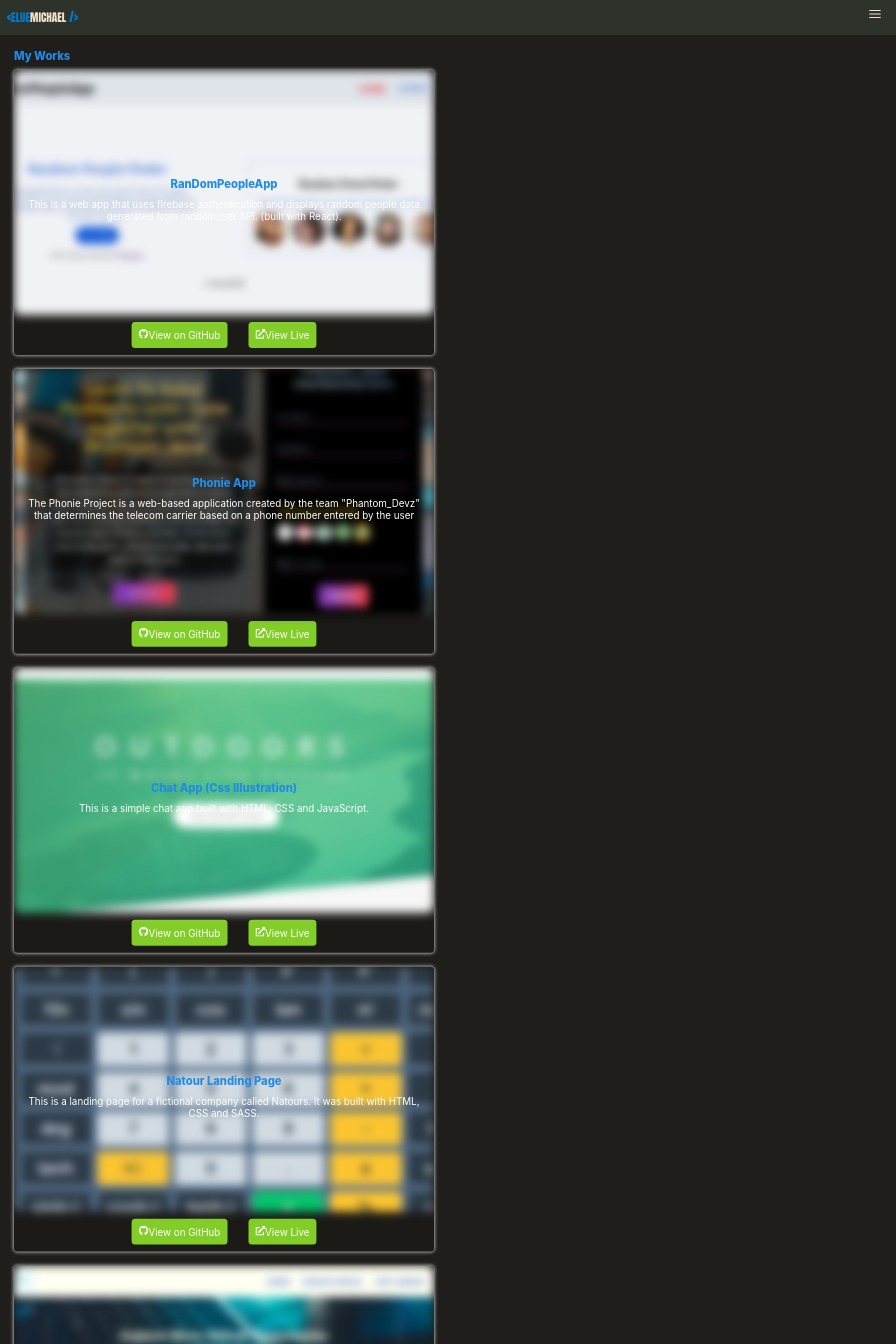
Repository: MikkyPrestige/portfolio
Page: /projects
These files come from the project's save history. The page is drawn as it stood at one moment and after the next save; the edit follows.
The browser window is 1280 px wide. The pictures show the part of the page from y = 0 to 1920 px (the page is 5651 px tall), at 70% of full size.
The project was rebuilt for these pictures with package versions that can differ from the ones it lists, and the page was loaded fresh each time. Also part of the build but not shown: src/components/avatar.jsx, src/components/home.jsx, src/components/about.jsx, src/components/fallback.jsx.

Above is the page before, as saved 2023-02-21 17:54:18.

### public/index.html
<!DOCTYPE html>
<html lang="en">
  <head>
    <meta charset="utf-8" />
    <link rel="icon" href="%PUBLIC_URL%/favicon.ico" />
    <meta name="viewport" content="width=device-width, initial-scale=1" />
    <meta name="theme-color" content="#000000" />
    <meta
      name="description"
      content="Web site created using create-react-app"
    />
    <link rel="apple-touch-icon" href="%PUBLIC_URL%/logo192.png" />
    <!--
      manifest.json provides metadata used when your web app is installed on a
      user's mobile device or desktop. See https://developers.google.com/web/fundamentals/web-app-manifest/
    -->
    <link rel="manifest" href="%PUBLIC_URL%/manifest.json" />
    <!--
      Notice the use of %PUBLIC_URL% in the tags above.
      It will be replaced with the URL of the `public` folder during the build.
      Only files inside the `public` folder can be referenced from the HTML.

      Unlike "/favicon.ico" or "favicon.ico", "%PUBLIC_URL%/favicon.ico" will
      work correctly both with client-side routing and a non-root public URL.
      Learn how to configure a non-root public URL by running `npm run build`.
    -->
    <title>Elue Michael Portfolio</title>
  </head>
  <body>
    <noscript>You need to enable JavaScript to run this app.</noscript>
    <div id="root"></div>
    <!--
      This HTML file is a template.
      If you open it directly in the browser, you will see an empty page.

      You can add webfonts, meta tags, or analytics to this file.
      The build step will place the bundled scripts into the <body> tag.

      To begin the development, run `npm start` or `yarn start`.
      To create a production bundle, use `npm run build` or `yarn build`.
    -->
  </body>
</html>

### src/assets/styles/sass/main.scss
@import 'abstracts/variables';
@import 'base/base';
@import 'layouts/header';
@import 'pages/home';
@import 'pages/about';
@import 'pages/projects';

// @media (prefers-reduced-motion: no-preference) {
//   .App-logo {
//     animation: App-logo-spin infinite 20s linear;
//   }
// }

// @keyframes App-logo-spin {
//   from {
//     transform: rotate(0deg);
//   }
//   to {
//     transform: rotate(360deg);
//   }
// }

### src/components/layout.jsx
import React from "react";
import { MdClose } from "react-icons/md";
import { FiMenu } from "react-icons/fi";
import { useState } from "react";
import { NavLink } from "react-router-dom";

const Layout = () => {
  return (
    <div>
      <LayoutSmall />
      <LayoutLarge />
    </div>
  );
};

const CustomNavLink = ({ to, ...props }) => {
  let activeStyle = {
    color: "var(--color--green)",
    textDecoration: "underline",
  };

  return (
    <NavLink
      to={to}
      style={({ isActive }) =>
        isActive ? activeStyle : { textDecoration: "none" }
      }
      {...props}
    />
  );
};

const LayoutSmall = () => {
  const [showMenu, setShowMenu] = useState(false);

  const toggleMenu = () => {
    setShowMenu(!showMenu);
  };

  const closeMenu = () => {
    setShowMenu(false);
  };

  return (
    <div className="layout layout--small">
      <header className="layout--header">
        <div className="layout--header__title">
          <h1 className="layout--header__title__content">
            <span className="layout--header__title__content__span">{"<"}</span>
            <span className="layout--header__title__content__span--2">
              ELUE
            </span>
            MICHAEL{" "}
            <span className="layout--header__title__content__span">{"/>"}</span>
          </h1>
        </div>
        <nav className="layout--menu">
          <button className="layout--menu__button" onClick={toggleMenu}>
            {showMenu ? <MdClose /> : <FiMenu />}
          </button>
          <div className={`layout--menu__content ${showMenu ? "show" : ""}`}>
            <ul className="layout--menu__content__list">
              <li>
                <CustomNavLink
                  to="/"
                  onClick={closeMenu}
                  className="layout--menu__content__list__item"
                >
                  <span>#</span>Home
                </CustomNavLink>
              </li>
              <li>
                <CustomNavLink
                  to="/about"
                  onClick={closeMenu}
                  className="layout--menu__content__list__item"
                >
                  <span>#</span>About me
                </CustomNavLink>
              </li>
              <li>
                <CustomNavLink
                  to="/projects"
                  onClick={closeMenu}
                  className="layout--menu__content__list__item"
                >
                  <span>#</span>Projects
                </CustomNavLink>
              </li>
              <li>
                <CustomNavLink
                  to="/contact"
                  onClick={closeMenu}
                  className="layout--menu__content__list__item"
                >
                  <span>#</span>Contact
                </CustomNavLink>
              </li>
            </ul>
          </div>
        </nav>
      </header>
    </div>
  );
};

const LayoutLarge = () => {
  return (
    <div className="layout layout--large">
      <header className="layout--header">
        <div className="layout--title">
          <h1 className="layout--title__content">
            <span className="layout--title__content__span">{"<"}</span>
            <span className="layout--header__title__content__span--2">
              ELUE
            </span>
            MICHAEL<span className="layout--title__content__span">{"/>"}</span>
          </h1>
        </div>
        <div className="layout--menu">
          <ul className="layout--menu__list">
            <li className="layout--menu__list__item">
              <CustomNavLink to="/">Home</CustomNavLink>
            </li>
            <li className="layout--menu__list__item">
              <CustomNavLink to="/about">About me</CustomNavLink>
            </li>
            <li className="layout--menu__list__item">
              <CustomNavLink to="/projects">Projects</CustomNavLink>
            </li>
            <li className="layout--menu__list__item">
              <CustomNavLink to="/contact">Contact</CustomNavLink>
            </li>
          </ul>
        </div>
      </header>
    </div>
  );
};

export { Layout, LayoutSmall, LayoutLarge };

### src/assets/styles/sass/abstracts/_variables.scss
:root {
  --color-primary: #cc4600;
  --color-secondary: #bb45cb;
  --color-tertiary: #eefff8;

  // MARK UP
  --color--markup: #FF8303;
  // TEXT
  --color--text: #F0E3CA;

  // BACKGROUND
  --color--bg: #2D322A;
  --color--bg-light: #242320;
  --color--bg-dark: #1B1A17;
  --color--bg-dark-2: #1F1E1B;
  //DARK
  --color--dark: rgba(22, 22, 22, 1);
  --color--dark-1: rgba(34, 34, 34, 1);
  --color--dark-2: rgba(45, 45, 45, 1);
  --color--dark-3: rgba(51, 51, 51, 1);
  --color--dark-4: rgba(189, 189, 189, 1);
  //WHITE
  --color--white: rgba(255, 255, 255, 1);
  --color--white-1: rgba(240, 227, 202, 1);
  --color--white-op: rgba(240, 227, 202, 0.76);

  // GRAY
  --color--gray: #ABB2BF;

  --light-blue: rgba(97, 218, 251, 1);
  --light-blue--1: #3bc9db;
  --dark-blue: rgba(0, 122, 204, 1);
  --blue-cyan: #228be6;
  --dark-blue-op: rgba(6, 6, 7, 0.82);

  --color--green: rgba(131, 205, 41, 1);

  //Font size
  --font-size: 1rem;
  --font-size--small: 1.2rem;
  --font-size--medium: 1.4rem;
  --font-size--large: 1.6rem;
  --font-size--x-large: 1.8rem;
  --font-size--xx-large: 2rem;
  // ICON FONTS
  --font-size--icon: 3rem;
  --font-size--icon-1: 3.5rem;
  --font-size--icon-2: 4rem;


  //Font family
  --font-family: 'Roboto', sans-serif;
  --font--family--primary: 'Inter', sans-serif;
  --font-family--secondary: 'Inconsolata', monospace;
  --font-family--tertiary: 'Impact', sans-serif;
  --font-family--2: 'Fira Code', monospace;

  // FONT WEIGHT
  --font-weight--light: 300;
  --font-weight--regular: 400;
  --font-weight--medium: 600;
  --font-weight--bold: 800;
  // --font-weight--boldest: 900;
}

### src/assets/styles/sass/base/_base.scss
*,
*::after,
*::before {
  margin: 0;
  padding: 0;
  box-sizing: border-box;
}

html {
  font-size: 62.5%;
  font-family: var(--font-family);
  color: var(--color-white);
  background-color: var(--color--bg);
}

::selection {
  background-color: var(--color-primary);
  color: var(--color-white);
}

### src/assets/styles/sass/layouts/_header.scss
.layout {
  width: 100%;
  height: 5rem;

  &--header {
    display: flex;
    justify-content: space-between;
    align-items: center;
    padding: 1rem;

    &__title {
      text-align: center;

      &__content {
        color: var(--color--text);
        font-family: var(--font-family--tertiary);
        font-size: var(--font-size--large);
        font-weight: var(--font-weight--regular);
        position: absolute;
        z-index: 1000;

        &__span {
          color: var(--dark-blue);
          font-size: var(--font-size--x-large);

          &--2 {
            color: var(--dark-blue);
          }
        }
      }
    }
  }

  &--menu {
    position: relative;

    &__button {
      position: fixed;
      top: 1rem;
      right: 2rem;
      z-index: 10;
      background-color: var(--color--bg);
      color: var(--color--text);
      border: none;
      font-size: var(--font-size--xx-large);
      font-weight: var(--font-weight--bold);
      cursor: pointer;
    }

    &__content {
      position: fixed;
      top: 0;
      right: 0;
      width: 0;
      max-width: 100%;
      height: 85%;
      background-color: var(--color--bg-dark);
      z-index: 5;
      overflow: hidden;

      &.show {
        width: 100%;
        transition: all 1s ease-in-out;
        -webkit-transition: all 1s ease-in-out;
        -moz-transition: all 1s ease-in-out;
        -ms-transition: all 1s ease-in-out;
        -o-transition: all 1s ease-in-out;
      }

      &__list {
        list-style: none;
        display: flex;
        flex-direction: column;
        justify-content: center;
        align-items: center;
        gap: 5rem;
        padding: 0;
        margin-top: 8rem;

        &__item {
          color: var(--dark-blue);
          font-family: var(--font-family--secondary);
          font-size: var(--font-size--large);
          font-weight: var(--font-weight--bold);
          font-style: normal;
          text-transform: capitalize;
          cursor: pointer;
          transition: all 1s ease-in-out;
          -webkit-transition: all 1s ease-in-out;
          -moz-transition: all 1s ease-in-out;
          -ms-transition: all 1s ease-in-out;
          -o-transition: all 1s ease-in-out;

          &:hover,
          &:active {
            color: var(--color--text);
          }

          span {
            color: var(--color--white-1);
          }
        }
      }
    }
  }


  &--large {
    display: none;
  }
}

### src/assets/styles/sass/pages/home.scss
.home {
  width: 100%;
  height: 100vh;
  background: radial-gradient(100% 100% at 50% 100%, var(--color--bg-dark-2) 21.52%, var(--color--bg-dark) 100%);

  &--contents {
    display: flex;
    flex-direction: column;
    justify-content: center;
    align-items: center;
    padding: 3rem 5rem;
    gap: 3rem;
  }

  &--content {
    display: flex;
    flex-direction: column;
    align-items: flex-start;
    padding: 0;
    gap: .5rem;

    &__title {
      font-family: var(--font-family--secondary);
      font-size: var(--font-size--x-large);
      font-weight: var(--font-weight--boldest);
      color: var(--dark-blue);
    }

    &__subtitle {
      font-family: var(--font-family--secondary);
      font-size: var(--font-size--large);
      font-weight: var(--font-weight--bold);
      color: var(--color--text);
    }

    &__desc {
      font-family: var(--font-family--secondary);
      font-size: var(--font-size--small);
      font-weight: var(--font-weight--regular);
      color: var(--color--white-1);
    }
  }

  &--avatar {
    border-radius: 5%;
    -webkit-border-radius: 5%;
    -moz-border-radius: 5%;
    -ms-border-radius: 5%;
    -o-border-radius: 5%;
    background-image: radial-gradient(circle, var(--blue-cyan) 5%, var(--light-blue--1) 95%);
  }
}

### src/assets/styles/sass/pages/_about.scss
.about {
  width: 100%;
  height: 100%;
  background-color: var(--color--bg-dark-2);
  color: var(--color--gray);

  &--wrapper {
    display: flex;
    flex-direction: column;
    justify-content: center;
    align-items: center;
    gap: 1rem;
  }

  &--desc {
    padding: 5rem;
    display: flex;
    flex-direction: column;
    justify-content: center;
    align-items: center;
    gap: 5rem;
  }

  &--img {
    position: relative;

    &__content1 {
      width: 3rem;
      height: 3rem;
      position: absolute;
      top: 0;
      left: 0;
      background: var(--dark-blue);
      transform: rotate(51.88deg);
    }

    &__content2 {
      width: 3rem;
      height: 3rem;
      position: absolute;
      top: 0;
      left: 0;
      background: var(--color--white-op);
    }
  }

  &--content {
    display: flex;
    flex-direction: column;
    justify-content: center;
    align-items: flex-start;
    gap: 2rem;
    font-family: var(--font-family--2);

    &__title {
      line-height: 2;

      &__head {
        font-size: var(--font-size--x-large);
        font-weight: var(--font-weight--medium);
      }

      &__span {
        color: var(--dark-blue);
      }

      &__subhead {
        font-size: var(--font-size--medium);
        font-weight: var(--font-weight--regular);
      }
    }

    &__text {
      padding-left: 3rem;
      line-height: 1.5;
      color: var(--color--text);

      &__head {
        font-size: var(--font-size--large);
        font-weight: var(--font-weight--regular);

        &__name {
          color: var(--blue-cyan);
          font-weight: var(--font-weight--medium);
        }
      }

      &__desc {
        font-size: var(--font-size--small);
        font-weight: var(--font-weight--regular);
      }
    }
  }

  &--skills {
    display: flex;
    flex-direction: column;
    justify-content: center;
    align-items: center;
    gap: 2rem;

    &__title__head {
      font-size: var(--font__title -size--x-large);
      font-weight: var(--font-weight--medium);
      color: var(--dark-blue);
      text-transform: capitalize;
    }

    &__icon {
      font-size: var(--font-size--medium);
      color: var(--color--white-1);
    }

    &__content {
      display: flex;
      flex-direction: column;
      align-items: flex-start;
      gap: 2rem;
      padding: 0;
      width: 100%;

      &__items {
        display: grid;
        grid-template-columns: repeat(2, 1fr);
        gap: 2rem 5rem;
        width: 100%;
        padding: 1rem 3rem;
        border-radius: 1rem;
        background-color: var(--color--bg-dark);

        &__card {
          display: flex;
          flex-direction: column;
          justify-content: center;
          align-items: center;
          padding: 1rem;
          width: 10rem;
          border-radius: 1rem;
          -webkit-border-radius: 1rem;
          -moz-border-radius: 1rem;
          -ms-border-radius: 1rem;
          -o-border-radius: 1rem;

          &__icon {
            font-size: var(--font-size--icon-2);
          }

          &__text {
            font-family: var(--font-family--secondary);
            font-size: var(--font-size--medium);
            font-weight: var(--font-weight--medium);
            color: var(--color--white-1);
          }
        }
      }
    }
  }
}

### src/assets/styles/sass/pages/_projects.scss
.project {
  padding: 2rem;
  background-color: var(--color--bg-dark-2);

  &--title {
    font-family: var(--font--family--secondary);
    font-size: var(--font-size--large);
    font-weight: var(--font-weight--bold);
    color: var(--blue-cyan);
    margin-bottom: 1rem;
  }

  &--wrapper {
    display: grid;
    grid-template-columns: repeat(1, 1fr);
    gap: 2rem;
    width: 100%;
  }

  &--card {
    background-color: var(--color--bg-dark);
    // margin: auto;
    padding: 1rem;
    border-radius: 0.5rem;
    box-shadow: 0 0 0.5rem 0.1rem var(--color--dark-4);
    transition: all 0.3s ease-in-out;
    position: relative;
    display: flex;
    flex-direction: column;
    justify-content: center;
    align-items: center;
    // height: 100%;
    max-width: 60rem;
    overflow-y: hidden;

    &:hover {
      transform: translateY(-0.5rem);
      box-shadow: 0 0 0.5rem 0.1rem var(--color--dark-4);
    }

    &__blur {
      position: absolute;
      top: 0;
      left: 0;
      width: 100%;
      height: 35rem;
      border-radius: 1rem;
      background-size: cover;
      background-position: center;
      background-repeat: no-repeat;
      filter: blur(0.7rem);
      //z-index: 1;

      &-1 {
        background-image: url(../../../images/randomApp.jpeg);
      }

      &-2 {
        background-image: url(../../../images/phonieApp.jpeg);
      }

      &-3 {
        background-image: url(../../../images/natours.jpeg);
      }

      &-4 {
        background-image: url(../../../images/calculator.jpeg);
      }

      &-5 {
        background-image: url(../../../images/repoApp.jpeg);
      }

      &-6 {
        background-image: url(../../../images/fylo.jpeg);
      }

      &-7 {
        background-image: url(../../../images/orderCard.jpeg);
      }

      &-8 {
        background-image: url(../../../images/phonyApp.jpeg);
      }

      &-9 {
        background-image: url(../../../images/ratingApp.jpeg);
      }

      &-10 {
        background-image: url(../../../images/chatAppCss.jpeg);
      }

      &-11 {
        background-image: url(../../../images/trillo.jpeg);
      }

      &-12 {
        background-image: url(../../../images/statsCard.jpeg);
      }

      &-13 {
        background-image: url(../../../images/phonyApp.jpeg);
      }

      &-14 {
        background-image: url(../../../images/shoebrand.jpeg);
      }
    }

    &__content {
      height: 35rem;
      width: 100%;
      display: flex;
      flex-direction: column;
      justify-content: center;
      align-items: center;
      gap: 1rem;
      position: relative;
      top: 0;
      left: 0;
      // z-index: 10;

      &__title {
        font-family: var(--font--family--secondary);
        font-size: var(--font-size--large);
        font-weight: var(--font-weight--bold);
        color: var(--blue-cyan);
      }

      &__desc {
        font-family: var(--font--family--secondary);
        font-size: var(--font-size--medium);
        font-weight: var(--font-weight--regular);
        color: var(--color--white);
        text-align: center;
      }
    }

    &__links {
      display: flex;
      // justify-content: center;
      align-items: center;
      gap: 3rem;

      &__link {
        text-decoration: none;
        padding: 1rem 1rem;
        background-color: var(--color--green);
        border-radius: 0.5rem;
        font-family: var(--font--family--secondary);
        font-size: var(--font-size--medium);
        font-weight: var(--font-weight--regular);
        color: var(--color--white);
        transition: all 0.3s ease-in-out;

        &:hover {
          color: var(--blue-cyan);
        }
      }
    }
  }
}

Loaded but not shown: src/index.css (common file); src/reportWebVitals.js (common file); src/index.js (21 lines, source omitted); src/App.js (22 lines, source omitted); src/components/projects.jsx (437 lines, source omitted)

After the next save:
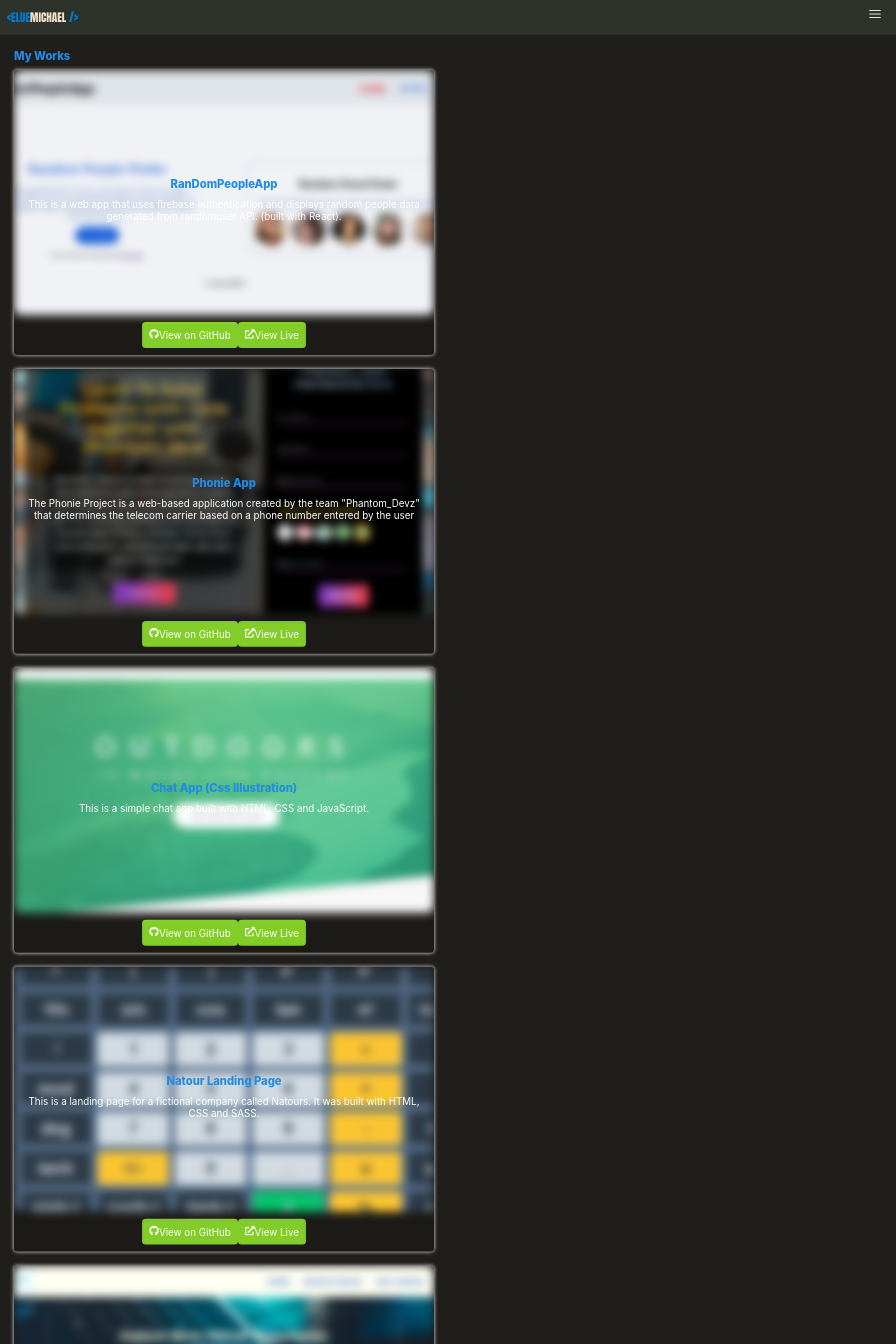
Saved 16 s later.
--- a/src/assets/styles/sass/pages/_projects.scss
+++ b/src/assets/styles/sass/pages/_projects.scss
@@ -141,7 +141,7 @@
       display: flex;
       // justify-content: center;
       align-items: center;
-      gap: 3rem;
+      // gap: 3rem;
 
       &__link {
         text-decoration: none;
